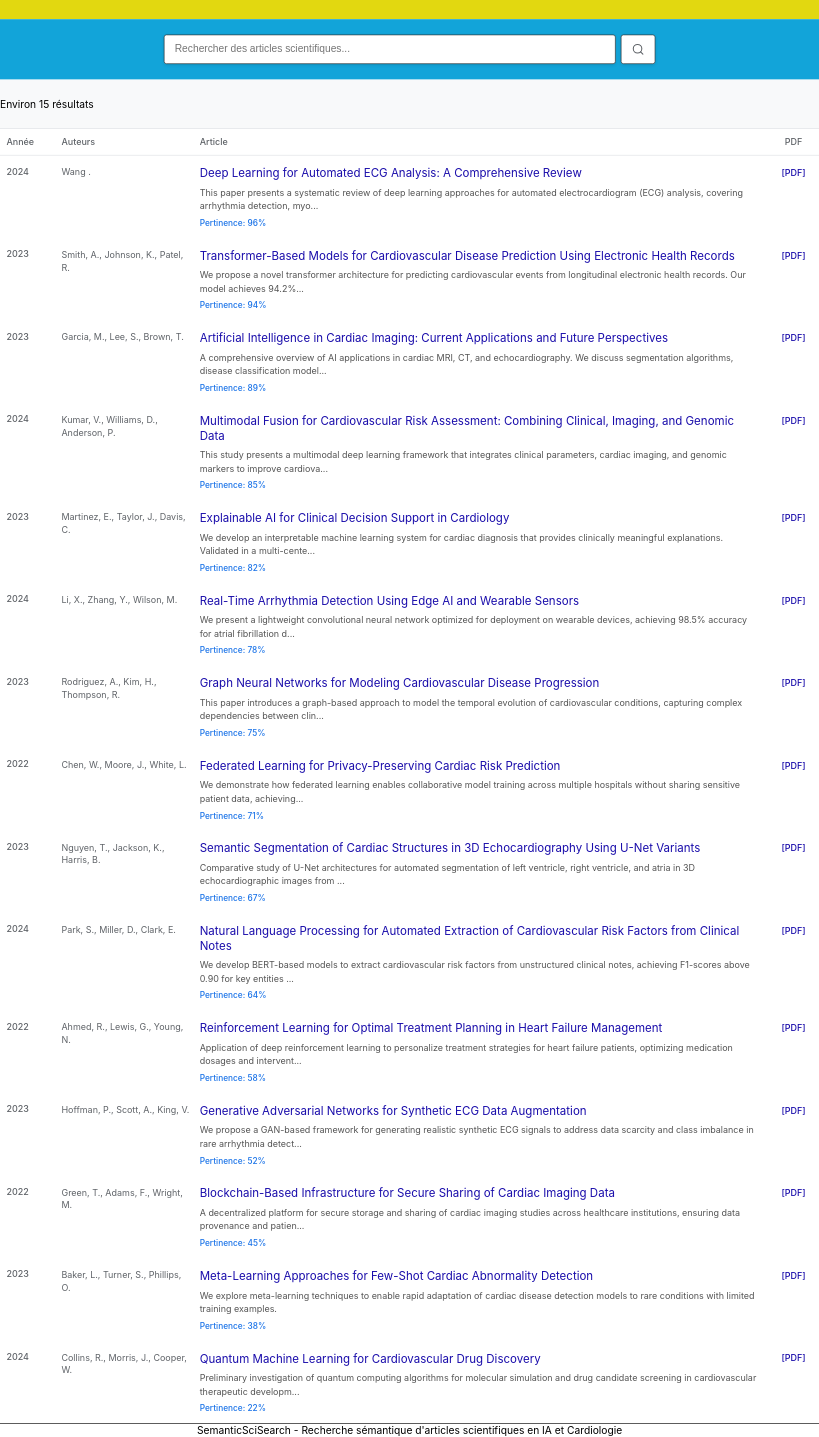
Repository: elh33/SemanticSciSearch
Page: / (app in frontend/)
These files come from the project's save history. The page is drawn as it stood at one moment and after the next save; the edit follows.
The browser window is 1280 px wide. The pictures show the whole page, at 64% of full size.
The project was rebuilt for these pictures with package versions that can differ from the ones it lists, and the page was loaded fresh each time.

Above is the page before, as saved 2025-11-22 00:43:03.

### frontend/index.html
<!DOCTYPE html>
<html lang="en">
  <head>
    <meta charset="UTF-8" />
    <meta name="viewport" content="width=device-width, initial-scale=1.0" />
    <title>SemanticSciSearch</title>
  </head>
  <body>
    <div id="root"></div>
    <script type="module" src="/src/index.tsx"></script>
  </body>
</html>

### frontend/src/index.tsx
import React from 'react';
import ReactDOM from 'react-dom';
import App from './App';
import './index.css';

ReactDOM.render(
  <React.StrictMode>
    <App />
  </React.StrictMode>,
  document.getElementById('root')
);

### frontend/src/App.tsx
import React from 'react';
// Importe le composant de recherche principal
import SearchResults from './components/SearchResults';

// Le composant App.tsx est le conteneur principal de l'application.
function App() {
  return (
    // Utilisation d'un fragment React (<>...</>) ou d'un <div> si tu as des styles globaux
    <>
      {/* Le composant SearchResults contient maintenant :
        - Le titre et le sous-titre de l'application.
        - La barre de recherche.
        - L'orchestration de la logique (appels à api.ts).
        - L'affichage de la liste des ArticleCard.
      */}
      <SearchResults />
    </>
  );
}

export default App;

### frontend/src/components/SearchResults.tsx
import React, { useState, useEffect } from 'react';
import { Article } from '../types';
import { searchArticles } from '../services/api';
import ArticleCard from './ArticleCard';

const SearchResults: React.FC = () => {
  const [query, setQuery] = useState('');
  const [searchedQuery, setSearchedQuery] = useState('');
  const [results, setResults] = useState<Article[]>([]);
  const [isLoading, setIsLoading] = useState(false);
  const [hasSearched, setHasSearched] = useState(false);

  const handleSearch = async (searchQuery: string = query) => {
    setIsLoading(true);
    setHasSearched(true);
    setSearchedQuery(searchQuery);

    try {
      const data = await searchArticles(searchQuery);
      const sortedData = [...data].sort((a, b) => b.score - a.score);
      setResults(sortedData);
    } catch (error) {
      console.error("Erreur lors de la recherche:", error);
      setResults([]);
    } finally {
      setIsLoading(false);
    }
  };

  useEffect(() => {
    handleSearch('');
  }, []);

  const handleSubmit = (e: React.FormEvent) => {
    e.preventDefault();
    handleSearch();
  };

  return (
    <div className="min-h-screen bg-white">
      {/* BARRE JAUNE EN HAUT */}
      <div style={{ backgroundColor: '#e2d810', height: '30px' }} className="w-full"></div>

      {/* En-tête avec fond bleu - CENTRAGE SIMPLE */}
      <div style={{ backgroundColor: '#12a4d9' }} className="w-full sticky top-0 z-10 shadow-lg">
        <div style={{ display: 'flex', justifyContent: 'center', alignItems: 'center', padding: '24px 16px' }}>
          <form onSubmit={handleSubmit} style={{ display: 'flex', gap: '8px', width: '100%', maxWidth: '768px' }}>
            <input
              type="text"
              value={query}
              onChange={(e) => setQuery(e.target.value)}
              placeholder="Rechercher des articles scientifiques..."
              style={{
                flex: 1,
                padding: '12px 16px',
                fontSize: '16px',
                backgroundColor: 'white',
                borderRadius: '4px',
                boxShadow: '0 2px 5px rgba(0,0,0,0.1)',
                border: '1px solid #322e2f',
                outline: 'none'
              }}
            />

            <button
              type="submit"
              style={{
                padding: '12px 16px',
                backgroundColor: 'white',
                border: '1px solid #322e2f',
                borderRadius: '4px',
                cursor: 'pointer',
                boxShadow: '0 2px 5px rgba(0,0,0,0.1)',
                display: 'flex',
                alignItems: 'center',
                justifyContent: 'center'
              }}
              onMouseEnter={(e) => e.currentTarget.style.backgroundColor = '#f8f9fa'}
              onMouseLeave={(e) => e.currentTarget.style.backgroundColor = 'white'}
            >
              <svg
                width="20"
                height="20"
                viewBox="0 0 24 24"
                fill="none"
                stroke="#5f6368"
                strokeWidth="2"
                strokeLinecap="round"
                strokeLinejoin="round"
              >
                <circle cx="11" cy="11" r="8"></circle>
                <path d="m21 21-4.35-4.35"></path>
              </svg>
            </button>
          </form>
        </div>
      </div>

      {/* BARRE DE SÉPARATION avec nombre de résultats */}
      {hasSearched && !isLoading && (
        <div style={{
          borderBottom: '1px solid #dfe1e5',
          backgroundColor: '#f8f9fa',
          padding: '12px 0'
        }}>
          <div className="max-w-5xl mx-auto px-4">
            <p className="text-sm text-gray-600">
              Environ {results.length} résultat{results.length !== 1 ? 's' : ''}
              {searchedQuery && ` pour "${searchedQuery}"`}
            </p>
          </div>
        </div>
      )}

      {/* Contenu principal */}
      <div className="max-w-5xl mx-auto px-4 py-6">
        {isLoading && (
          <div className="flex items-center justify-center py-12">
            <div className="flex flex-col items-center gap-3">
              <div className="animate-spin rounded-full h-8 w-8 border-b-2 border-blue-600"></div>
              <p className="text-gray-600">Recherche en cours...</p>
            </div>
          </div>
        )}

        {!isLoading && (
          <div className="bg-white">
            {results.length > 0 ? (
              <div>
                {/* En-tête du tableau */}
                <div style={{
                  display: 'grid',
                  gridTemplateColumns: '80px 200px 1fr 80px',
                  gap: '16px',
                  padding: '12px 0',
                  borderBottom: '1px solid #dfe1e5',
                  fontWeight: '500',
                  fontSize: '14px',
                  color: '#5f6368'
                }}>
                  <div style={{ paddingLeft: '10px' }}>Année</div>                  <div>Auteurs</div>
                  <div>Article</div>
                  <div style={{ textAlign: 'center' }}>PDF</div>
                </div>

                {/* Articles */}
                {results.map((article) => (
                  <ArticleCard key={article.id} article={article} />
                ))}
              </div>
            ) : (
              hasSearched && (
                <div className="text-center py-12">
                  <p className="text-gray-600 text-lg">
                    Aucun résultat trouvé{searchedQuery && ` pour "${searchedQuery}"`}
                  </p>
                  <p className="text-gray-500 text-sm mt-2">
                    Essayez avec d'autres mots-clés
                  </p>
                </div>
              )
            )}
          </div>
        )}
      </div>

      {/* Footer */}
      <footer className="mt-12 border-t border-gray-200 bg-gray-50">
        <div className="max-w-5xl mx-auto px-4 py-6 text-center text-sm text-gray-500">
          SemanticSciSearch - Recherche sémantique d'articles scientifiques en IA et Cardiologie
        </div>
      </footer>
    </div>
  );
};

export default SearchResults;

### frontend/src/services/api.ts
import { Article } from '../types';
import { MOCK_RESULTS } from '../data/mockData';
import axios from 'axios';

// 💡 INTERRUPTEUR : Passez à 'false' (ou commentez/supprimez) cette ligne
// UNIQUEMENT lorsque le Back-End FastAPI est prêt.
const USE_MOCK_DATA = true;

// URL de base lue depuis le .env pour le mode production
// Le .env doit contenir VITE_API_URL=http://localhost:8000
const API_BASE_URL = 'http://localhost:8000';

/**
 * Fonction principale de recherche d'articles.
 * Elle utilise soit les données mockées, soit l'API réelle.
 * @param query Le texte de la requête de l'utilisateur.
 * @returns Une promesse qui résout vers un tableau d'articles.
 */
export const searchArticles = async (query: string): Promise<Article[]> => {
  if (USE_MOCK_DATA) {
    // --- MODE MOCKÉ ---
    console.log(`[MOCK] Simulation de recherche pour: "${query}"`);

    // 1. Simuler le délai réseau (500ms) pour une meilleure expérience utilisateur
    await new Promise(resolve => setTimeout(resolve, 500));

    // 2. Simuler un filtre simple (recherche du mot-clé dans le titre)
    // S'il n'y a pas de requête (query vide), on renvoie tout.
    const lowerCaseQuery = query.toLowerCase();

    return MOCK_RESULTS.filter(article =>
        article.title.toLowerCase().includes(lowerCaseQuery) || lowerCaseQuery.length === 0
    );

  } else {
    // --- MODE PRODUCTION (Axios) ---
    console.log(`[AXIOS] Requête réelle vers: ${API_BASE_URL}/search pour: "${query}"`);

    try {
      // 1. Envoi de la requête POST à FastAPI
      const response = await axios.post(`${API_BASE_URL}/search`, { query });

      // 2. Retourne les données (TypeScript vérifie que c'est un tableau d'Articles)
      return response.data as Article[];

    } catch (error) {
      console.error("Erreur lors de l'appel à l'API de recherche:", error);
      // En cas d'échec de l'API, on renvoie un tableau vide
      return [];
    }
  }
};

### frontend/src/components/ArticleCard.tsx
import React from 'react';
import { Article } from '../types';

interface ArticleCardProps {
  article: Article;
}

const ArticleCard: React.FC<ArticleCardProps> = ({ article }) => {
  const scorePercent = (article.score * 100).toFixed(0);

  // Tronquer l'abstract aux 2 premières lignes (environ 150 caractères)
  const truncatedAbstract = article.abstract.length > 150
    ? article.abstract.substring(0, 150) + '...'
    : article.abstract;

  return (
    <div style={{
      display: 'grid',
      gridTemplateColumns: '80px 200px 1fr 80px',
      gap: '16px',
      padding: '16px 0',
      alignItems: 'start'
    }}>
      {/* Colonne 1: Année - avec padding-left */}
      <div style={{
        fontSize: '14px',
        color: '#5f6368',
        fontWeight: '500',
        paddingLeft: '10px'
      }}>
        {article.year}
      </div>

      {/* Colonne 2: Auteurs */}
      <div style={{
        fontSize: '14px',
        color: '#5f6368',
        lineHeight: '1.4'
      }}>
        {article.authors}
      </div>

      {/* Colonne 3: Article (Titre + Abstract + Pertinence) */}
      <div>
        {/* Titre cliquable en bleu */}
        <h3 style={{ margin: '0 0 8px 0' }}>
          <a
            href={article.url}
            target="_blank"
            rel="noopener noreferrer"
            style={{
              color: '#1a0dab',
              fontSize: '18px',
              textDecoration: 'none',
              fontWeight: '400'
            }}
            onMouseEnter={(e) => e.currentTarget.style.textDecoration = 'underline'}
            onMouseLeave={(e) => e.currentTarget.style.textDecoration = 'none'}
          >
            {article.title}
          </a>
        </h3>

        {/* Abstract tronqué */}
        <p style={{
          margin: '0 0 8px 0',
          fontSize: '14px',
          color: '#545454',
          lineHeight: '1.5'
        }}>
          {truncatedAbstract}
        </p>

        {/* Pertinence en bleu */}
        <div style={{
          fontSize: '13px',
          color: '#1a73e8',
          fontWeight: '500'
        }}>
          Pertinence: {scorePercent}%
        </div>
      </div>

      {/* Colonne 4: Lien PDF */}
      <div style={{ textAlign: 'center' }}>
        <a
          href={article.url}
          target="_blank"
          rel="noopener noreferrer"
          style={{
            color: '#1a0dab',
            fontSize: '14px',
            textDecoration: 'none',
            fontWeight: '500'
          }}
          onMouseEnter={(e) => e.currentTarget.style.textDecoration = 'underline'}
          onMouseLeave={(e) => e.currentTarget.style.textDecoration = 'none'}
        >
          [PDF]
        </a>
      </div>
    </div>
  );
};

export default ArticleCard;

Loaded but not shown: frontend/src/index.css (common file); frontend/src/data/mockData.ts (139 lines, source omitted)

After the next save:
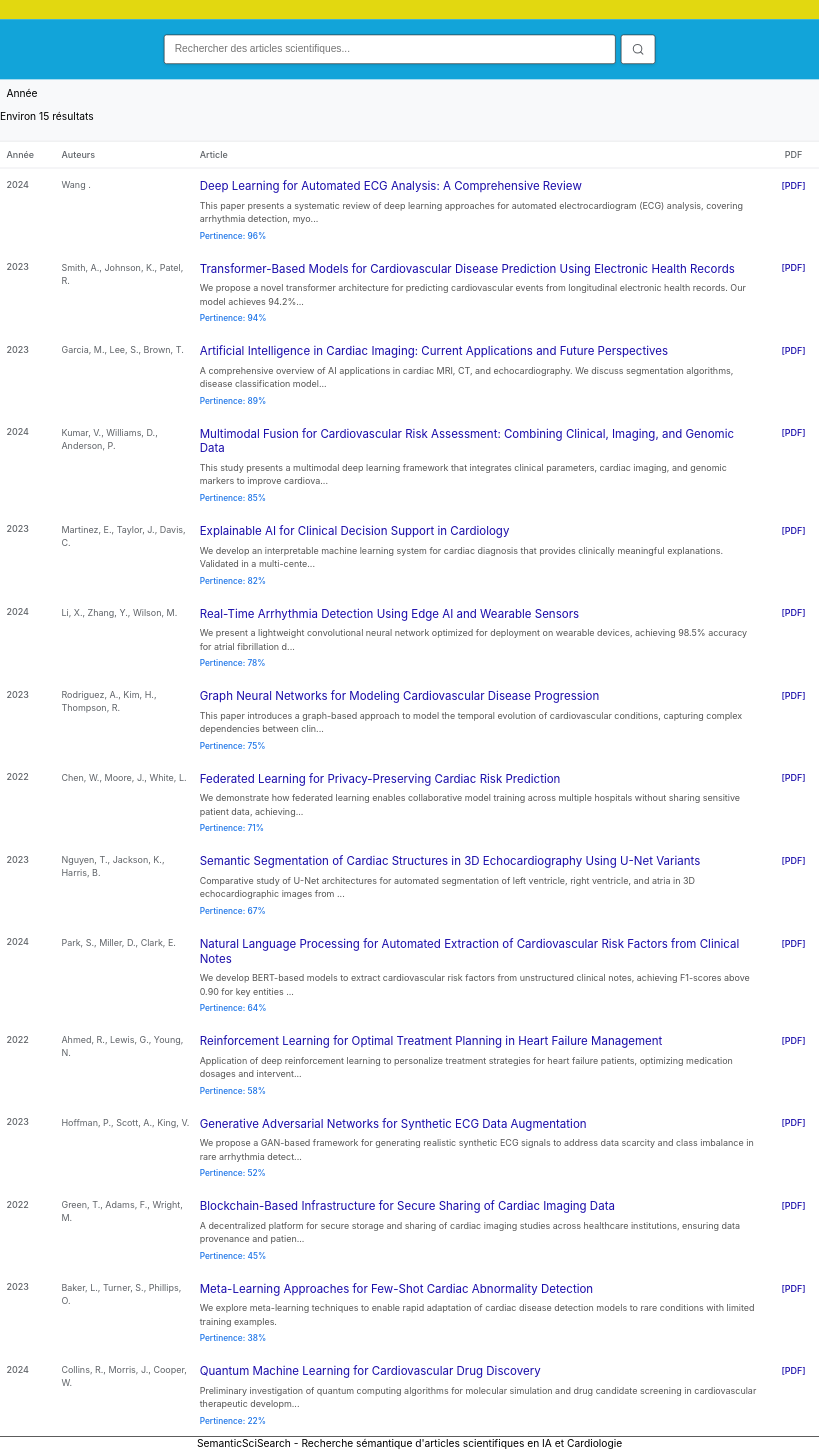
Saved 68 s later.
--- a/frontend/src/components/SearchResults.tsx
+++ b/frontend/src/components/SearchResults.tsx
@@ -104,6 +104,7 @@
           padding: '12px 0'
         }}>
           <div className="max-w-5xl mx-auto px-4">
+            <div style={{ paddingLeft: '10px' }}>Année</div>
             <p className="text-sm text-gray-600">
               Environ {results.length} résultat{results.length !== 1 ? 's' : ''}
               {searchedQuery && ` pour "${searchedQuery}"`}

After the 6 saves that followed:
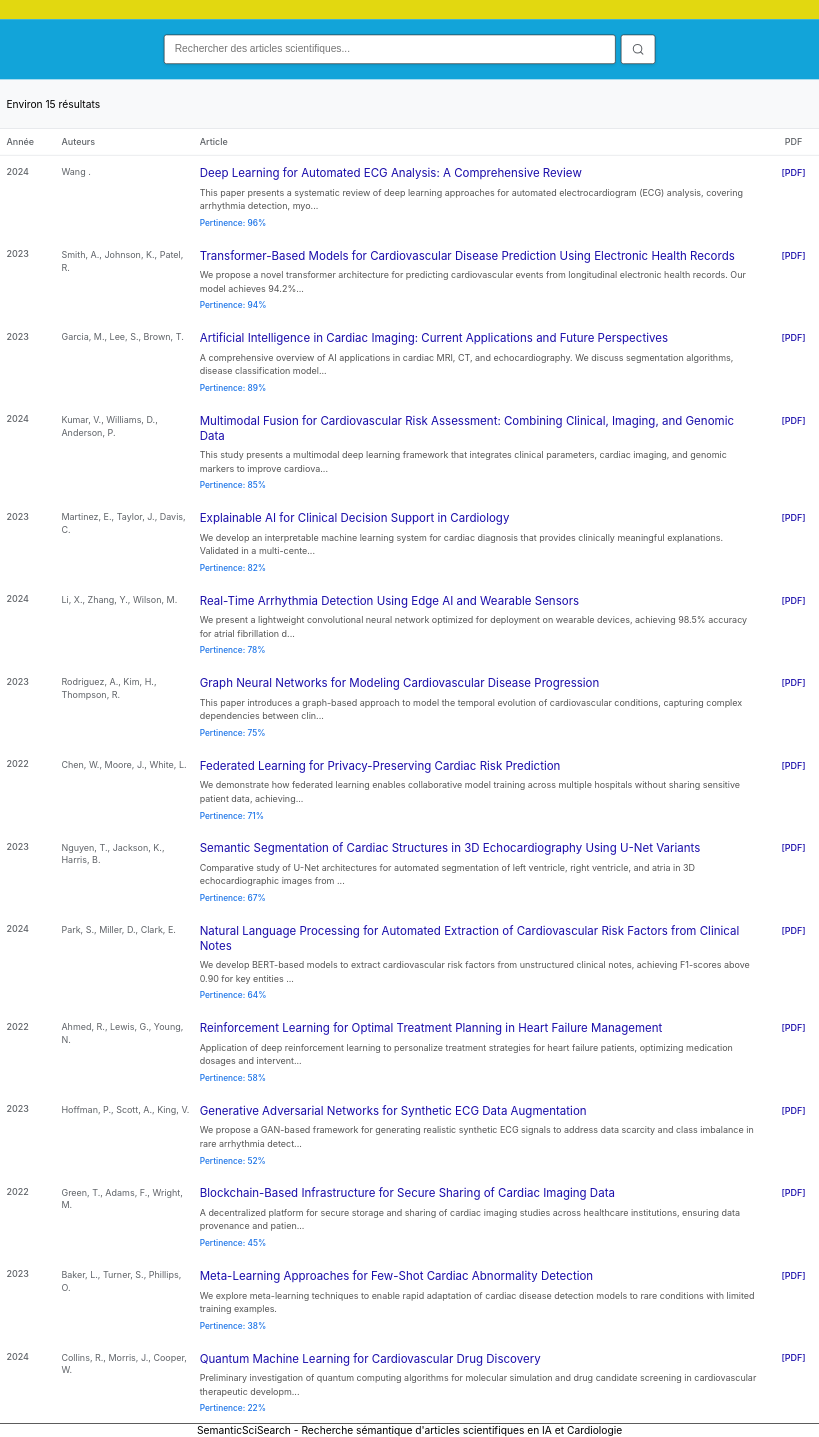
The 6 saves are shown as one change because 1 did not build or start and some came seconds apart.
The last was saved 28 s later.
--- a/frontend/src/components/SearchResults.tsx
+++ b/frontend/src/components/SearchResults.tsx
@@ -103,8 +103,7 @@
           backgroundColor: '#f8f9fa',
           padding: '12px 0'
         }}>
-          <div className="max-w-5xl mx-auto px-4">
-            <div style={{ paddingLeft: '10px' }}>Année</div>
+          <div className="max-w-5xl mx-auto px-4" style={{ paddingLeft: '10px' }}>
             <p className="text-sm text-gray-600">
               Environ {results.length} résultat{results.length !== 1 ? 's' : ''}
               {searchedQuery && ` pour "${searchedQuery}"`}
